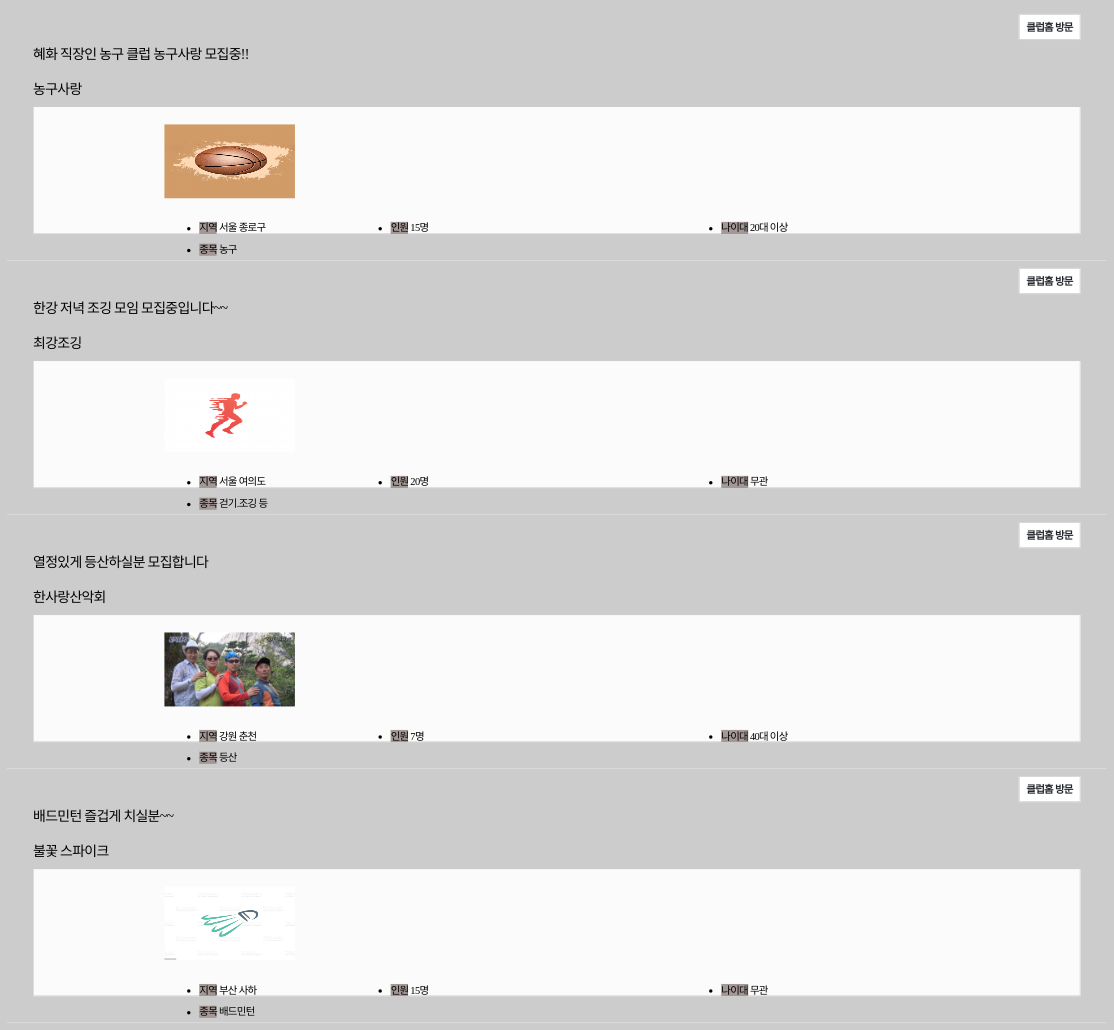
Repository: jaemin333/study
Page: club.html
An editor plug-in stored every save of this project. The page is shown before and after the next save, followed by the edit.
The browser window is 1280 px wide. The pictures show the whole page, at 87% of full size.

Above is the page before, as saved 2021-07-02 21:20:31.

After the next save:
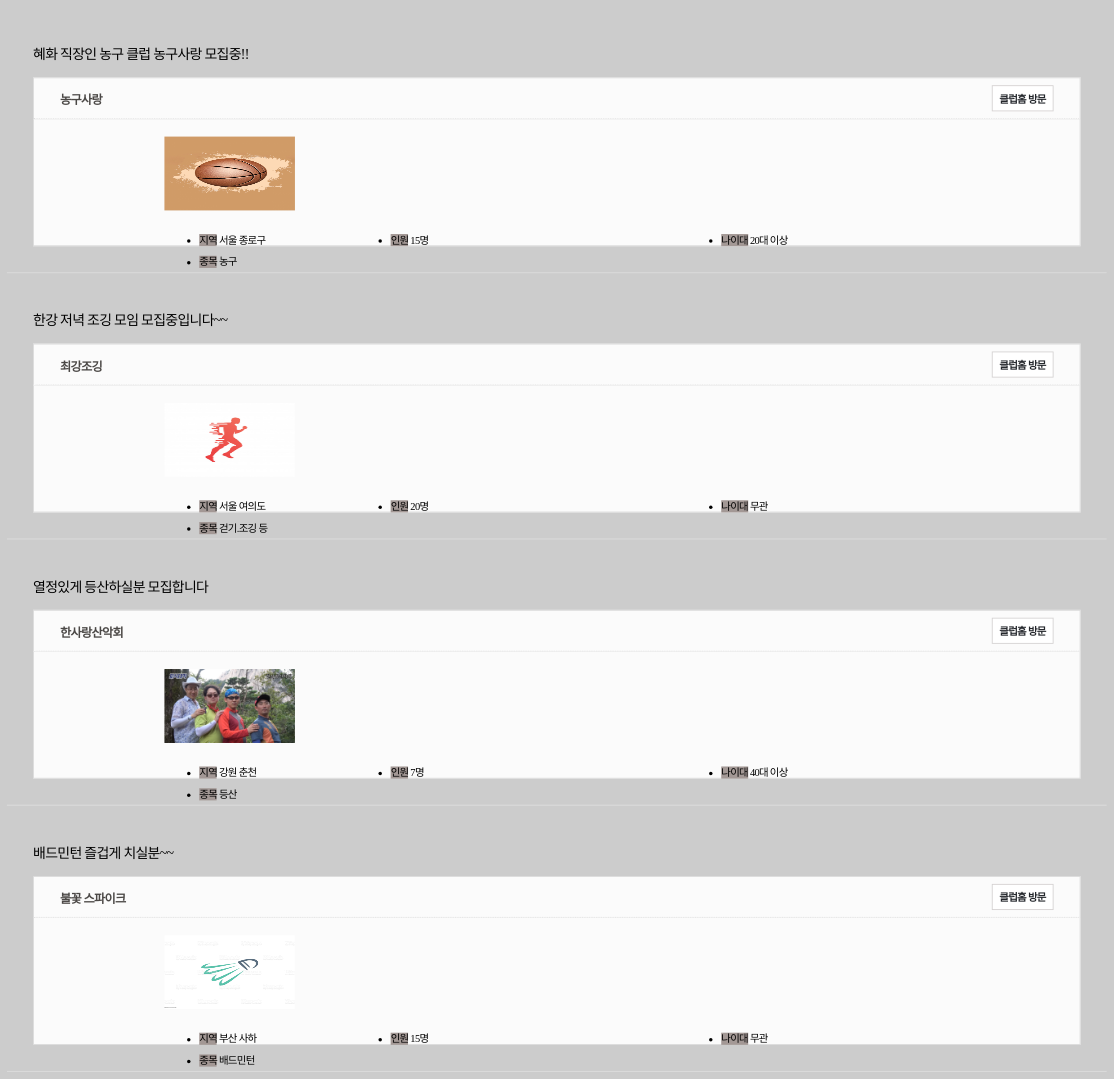
Saved 75 s later.
--- a/style.css
+++ b/style.css
@@ -90,3 +90,14 @@ p {
     margin-inline-start: 0px;
     margin-inline-end: 0px;
 }
+
+.clubBox .cbClubName {
+    position: relative;
+    padding: 14px 30px 12px 30px;
+    font-size: 14px;
+    font-weight: bold;
+    color: #4b4846;
+    border: 1px solid #dadada;
+    border-bottom: 1px dotted #dddddd;
+    background-color: #fbfbfb;
+}
